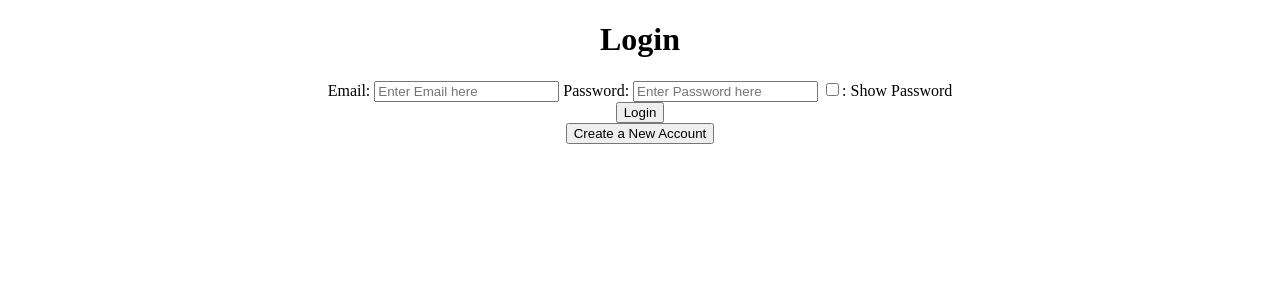
Repository: amila1998/OOP-Group-Assignment-1st-Year-2nd-Semester
Page: http://localhost/OMT/forgetpassword.jsp
These files come from the project's save history. The page is drawn as it stood at one moment and after the next save; the edit follows.
The browser window is 1280 px wide. The pictures show the whole page.
The page is served by Tomcat 9. Nobody is signed in. The application's start-up code is not run. Other server files are loaded and not shown.

Above is the page before, as saved 2021-05-23 12:45:53.

### OMT/WebContent/forgetpassword.jsp
<%@ page language="java" contentType="text/html; charset=ISO-8859-1"
    pageEncoding="ISO-8859-1"%>
<!DOCTYPE html>
<html>
<head>
<meta charset="ISO-8859-1">
<title>Insert title here</title>
</head>
<body>
<center><h1 class="Ttxtstyle">Login</h1>
<section style="width=100%;" class="logingbody">

	<div id="formStyle3">

		<form action="login" method="POST" >
			<div class="col-50">
				<div  class="Plogo1">

				</div>


					<label for="email">Email:</label>
					<input type="text" name="uemail" placeholder="Enter Email here " required>
					<label for="password">Password:</label>
					<input type="password" id="pwd" name="upassword" placeholder="Enter Password here" required>
					<input type="checkbox" onclick="visiblepass()">:  Show Password

				<script>
				function visiblepass() {
				  var x = document.getElementById("pwd");
				  if (x.type === "password") {
				    x.type = "text";
				  } else {
				    x.type = "password";
				  }
				}
				</script>
				</div>

				<div class="row">
					<div class="col-50">
						<button value="submit" id="login" type="submit" class="Btn3">Login</button>
					</div>
				</div>
				<div class="row">
					<div class="col-50">
						<a href="userRegister.jsp"><button value="register" id="signin" type="button" class="Btn3">Create a New Account</button></a>
					</div>
				</div>
				<div class="row">
					<div class="col-50">
						<a href="" style="color:white" class="">Forgot password?</a>
					</div>
				</div>
			</div>
		</form>

    </div>

</section>

</center>

</body>
</html>

After the next save:
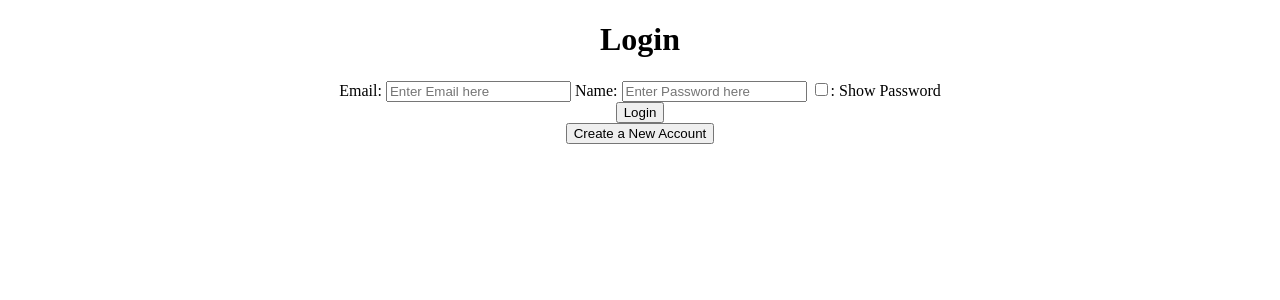
Saved 52 s later.
--- a/OMT/WebContent/forgetpassword.jsp
+++ b/OMT/WebContent/forgetpassword.jsp
@@ -20,9 +20,9 @@
 
 
 					<label for="email">Email:</label>
-					<input type="text" name="uemail" placeholder="Enter Email here " required>
-					<label for="password">Password:</label>
-					<input type="password" id="pwd" name="upassword" placeholder="Enter Password here" required>
+					<input type="email" name="uemail" placeholder="Enter Email here " required>
+					<label for="name">Name:</label>
+					<input type="text" id="pwd" name="upassword" placeholder="Enter Password here" required>
 					<input type="checkbox" onclick="visiblepass()">:  Show Password
 
 				<script>
